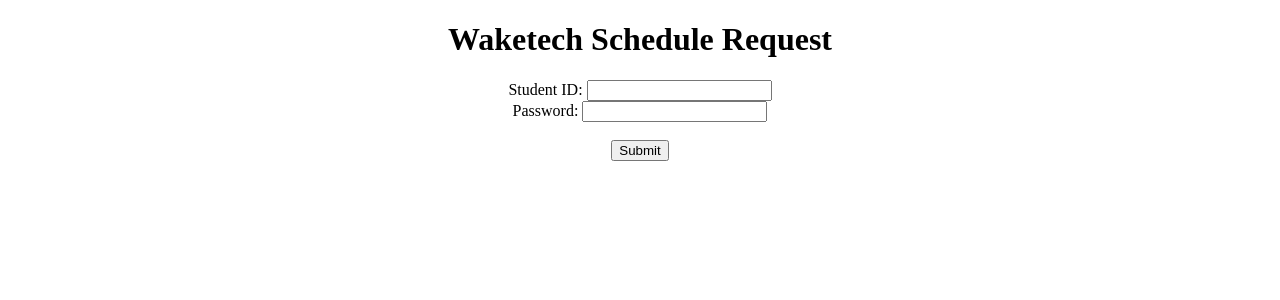
Repository: weshayutin/java258Online
Page: workspace/Week1Assignment/WebContent/week1.html
An editor plug-in stored every save of this project. The page is shown before and after the next save, followed by the edit.
The browser window is 1280 px wide. The pictures show the whole page.

Above is the page before, as saved 2011-01-23 17:44:46.

### workspace/Week1Assignment/WebContent/week1.html
<!DOCTYPE html PUBLIC "-//W3C//DTD HTML 4.01 Transitional//EN" "http://www.w3.org/TR/html4/loose.dtd">
<html>
<head>
<meta http-equiv="Content-Type" content="text/html; charset=UTF-8">
<title>Waketech Schedule Request</title>
</head>
<body>
<h1 align="center"> Waketech Schedule Request</h1>

<form action="schedule" align="center">
	Student ID: <input type="text" name="name"/><br>
	Password: <input type="password" name="password"/><br/><br/>

	<center>
	 	<input type="submit"/>
	</center>
</form>


</body>
</html>

After the next save:
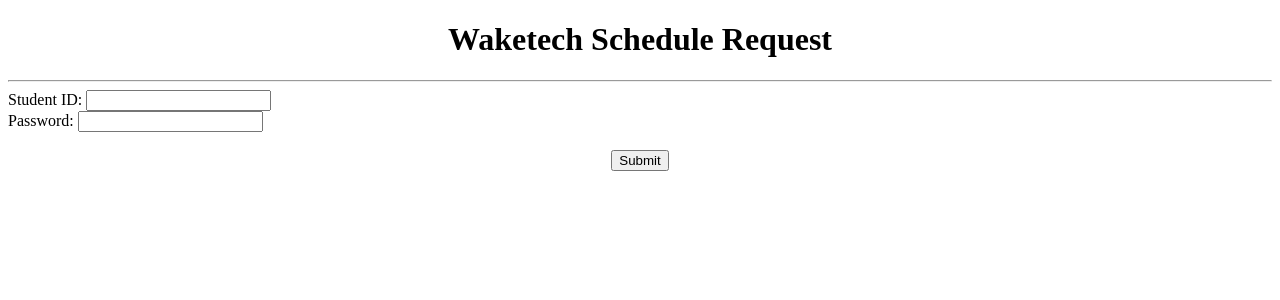
Saved 2 h 17 min later.
--- a/workspace/Week1Assignment/WebContent/week1.html
+++ b/workspace/Week1Assignment/WebContent/week1.html
@@ -7,7 +7,8 @@
 <body>
 <h1 align="center"> Waketech Schedule Request</h1>
 
-<form action="schedule" align="center">
+<hr/>
+<form action="schedule">
 	Student ID: <input type="text" name="name"/><br>
 	Password: <input type="password" name="password"/><br/><br/>
 
